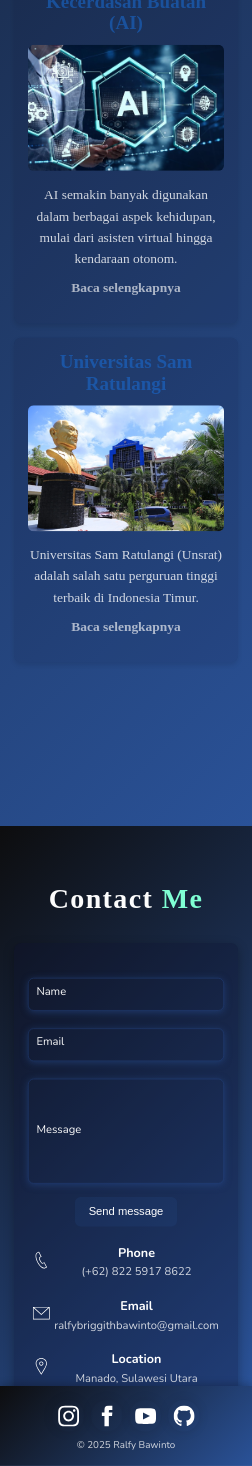
Repository: RalfyBawinto/TIK2032-Project
Page: index.html
The author's editor kept a copy of each file at every save. The page is drawn from the files as they stood at one save, then again after the next save.
The browser window is 360 px wide. The pictures show the part of the page from y = 4260 to 6500 px (the page is 6354 px tall before and 6514 px after), at 70% of full size.
Some web fonts or font styles are not loaded; a fallback is used.

Above is the page before, as saved 2025-03-20 15:30:49.

### index.html
<!DOCTYPE html>
<html lang="en">
  <head>
    <meta charset="UTF-8" />
    <meta name="viewport" content="width=device-width, initial-scale=1.0" />
    <title>Ralfy Portfolio</title>
    <!-- my icon -->
    <link
      rel="shortcut icon"
      href="assets/img/my-logo-nobg-copy.png"
      type="image/x-icon"
    />
    <!-- end my icon -->

    <!-- import css -->
    <link rel="stylesheet" href="assets/css/main.css" />
    <link rel="stylesheet" href="assets/css/responsive.css" />
    <!-- end css -->
  </head>
  <body>
    <!-- header -->
    <header class="main-header">
      <div class="main-container">
        <div class="nav">
          <div class="logo">
            <a href="/index.html">RB</a>
          </div>

          <nav>
            <ul>
              <li><a href="#home">Home</a></li>
              <li><a href="#about">About</a></li>
              <li><a href="#gallery">Gallery</a></li>
              <li><a href="#articles">Articles</a></li>
              <li><a href="#contact">Contact</a></li>
            </ul>
          </nav>

          <div class="burger">
            <div class="line-1"></div>
            <div class="line-2"></div>
            <div class="line-3"></div>
          </div>
        </div>
      </div>
    </header>
    <!-- end header -->

    <!-- hero -->
    <section id="home">
      <div class="home-text">
        <h1>
          Halo Semua 👋, saya <br /><span class="typing-text">Ralfy</span>
        </h1>
        <p>AND IM INFORMATICS ENGINEERING STUDENT</p>
      </div>

      <div class="home-img">
        <div class="img-box">
          <div class="img-item">
            <img src="assets/img/me/pp-removebg-preview.png" alt="me 1" />
          </div>
        </div>
      </div>
    </section>
    <!-- end hero -->

    <!-- about -->
    <section id="about">
      <h2>About <span>Me</span></h2>
      <div>
        <img src="assets/img/me/me-remove-bg-io.png" alt="me 2 " />
        <p>
          Nama saya <strong>Ralfy Briggith Bawinto</strong>, mahasiswa semester
          4 program studi Teknik Informatika di Universitas Sam Ratulangi,
          angkatan 2023. Saya berasal dari Kabupaten Talaud (<i>ana'u taroda</i
          >), Sulawesi Utara. Saya memiliki ketertarikan yang mendalam terhadap
          teknologi, terutama perkembangan dalam bidang Artificial Intelligence
          (AI) dan Cyber Security. Dengan semangat belajar yang tinggi, saya
          berharap dapat menjadi seorang problem solver di dunia pemrograman.
        </p>
      </div>
    </section>
    <!-- end about -->

    <!-- gallery -->
    <section id="gallery">
      <h2>Gallery</h2>
      <div class="gallery-item">
        <img
          src="assets/img/gallery/alan turing.jpeg"
          alt="Alan Turing"
          onclick="showModal('Alan Turing', 'Bapak Ilmu Komputer dan Kecerdasan Buatan. Dia menciptakan Mesin Turing dan memecahkan kode Enigma dalam Perang Dunia II.')"
        />
        <img
          src="assets/img/gallery/grace hooper.webp"
          alt="Grace Hopper"
          onclick="showModal('Grace Hopper', 'Seorang ilmuwan komputer dan laksamana Angkatan Laut AS yang berkontribusi dalam pengembangan COBOL.')"
        />
        <img
          src="assets/img/gallery/Tim-Berners-Lee-.jpg"
          alt="Tim Berners-Lee"
          onclick="showModal('Tim Berners-Lee', 'Penemu World Wide Web yang memungkinkan akses informasi secara global.')"
        />
        <img
          src="assets/img/gallery/Vint Cerf & Bob Kahn.jpg"
          alt="Vint Cerf & Bob Kahn"
          onclick="showModal('Vint Cerf & Bob Kahn', 'Dikenal sebagai Bapak Internet karena mengembangkan protokol TCP/IP.')"
        />
        <img
          src="assets/img/gallery/linustrovalds.jpg"
          alt="Linus Torvalds"
          onclick="showModal('Linus Torvalds', 'Pencipta kernel Linux yang menjadi dasar dari berbagai sistem operasi.')"
        />
        <img
          src="assets/img/gallery/Geoffrey Hinton.jpg"
          alt="Geoffrey Hinton"
          onclick="showModal('Geoffrey Hinton', 'Pelopor dalam deep learning dan jaringan saraf tiruan.')"
        />
      </div>
    </section>
    <!-- end gallery -->

    <!-- articles -->
    <section id="articles">
      <h2>Articles</h2>
      <div class="article-item">
        <article>
          <h3>E-sport</h3>
          <img src="assets/img/articles/e-sport.jpg" alt="E-sport" />
          <p>
            E-sport adalah kompetisi permainan video yang berkembang pesat dan
            menjadi industri besar dengan basis penggemar global. <br />
            <a
              href="https://blog.maukuliah.id/pengertian-e-sport/"
              target="_blank"
              >Baca selengkapnya</a
            >
          </p>
        </article>

        <article>
          <h3>Blockchain</h3>
          <img src="assets/img/articles/blockchain.jpg" alt="Blockchain" />
          <p>
            Blockchain adalah teknologi revolusioner yang digunakan dalam
            cryptocurrency dan berbagai aplikasi lainnya. <br />
            <a
              href="https://bif.telkomuniversity.ac.id/apa-itu-blockchain-mengungkap-teknologi-revolusioner-di-era-digital/"
              target="_blank"
              >Baca selengkapnya</a
            >
          </p>
        </article>

        <article>
          <h3>Cyber Security</h3>
          <img
            src="assets/img/articles/cyber security.jpeg"
            alt="Cyber Security"
          />
          <p>
            Cyber security melindungi sistem, jaringan, dan data dari berbagai
            ancaman digital. <br />
            <a
              href="https://www.dicoding.com/blog/cyber-security-pengertian-jenis-dan-ancamannya/"
              target="_blank"
              >Baca selengkapnya</a
            >
          </p>
        </article>

        <article>
          <h3>Kecerdasan Buatan (AI)</h3>
          <img src="assets/img/articles/ai.png" alt="Artificial Intelligence" />
          <p>
            AI semakin banyak digunakan dalam berbagai aspek kehidupan, mulai
            dari asisten virtual hingga kendaraan otonom. <br />
            <a
              href="https://portalpublikasi.id/2023/05/13/perkembangan-teknologi-kecerdasan-buatan-artificial-intelligence-atau-ai/"
              target="_blank"
              >Baca selengkapnya</a
            >
          </p>
        </article>

        <article>
          <h3>Universitas Sam Ratulangi</h3>
          <img
            src="assets/img/articles/unsrat.jpg"
            alt="Universitas Sam Ratulangi"
          />
          <p>
            Universitas Sam Ratulangi (Unsrat) adalah salah satu perguruan
            tinggi terbaik di Indonesia Timur. <br />
            <a
              href="https://www.unsrat.ac.id/profil-unversitas/"
              target="_blank"
              >Baca selengkapnya</a
            >
          </p>
        </article>
      </div>
    </section>

    <!-- unutk menampilkan deskripsi dari image -->
    <div id="modal" class="modal">
      <div class="modal-content">
        <span class="close" onclick="closeModal()">&times;</span>
        <h3 id="modal-title"></h3>
        <p id="modal-text"></p>
      </div>
    </div>
    <!-- end articles -->

    <!-- contact -->
    <section id="contact">
      <h2>Contact <span>Me</span></h2>
      <div class="contact main-container">
        <div class="contact-left"></div>
        <form
          class="contact-form"
          action="https://formspree.io/f/meoajpkz"
          method="POST"
        >
          <div class="input-wrapper">
            <input type="text" name="name" id="name" placeholder=" " required />
            <label for="name">Name</label>
          </div>

          <div class="input-wrapper">
            <input
              type="email"
              name="email"
              id="email"
              placeholder=" "
              required
            />
            <label for="email">Email</label>
          </div>

          <div class="input-wrapper">
            <textarea
              name="message"
              id="message"
              placeholder=" "
              required
            ></textarea>
            <label for="message">Message</label>
          </div>

          <div>
            <button class="btn-submit">Send message</button>
          </div>
        </form>

        <div class="contact-right">
          <div class="contact-item">
            <div class="contact-item-icon">
              <svg
                width="24"
                height="24"
                xmlns="http://www.w3.org/2000/svg"
                fill-rule="evenodd"
                clip-rule="evenodd"
              >
                <path
                  d="M8.26 1.289l-1.564.772c-5.793 3.02 2.798 20.944 9.31 20.944.46 0 .904-.094 1.317-.284l1.542-.755-2.898-5.594-1.54.754c-.181.087-.384.134-.597.134-2.561 0-6.841-8.204-4.241-9.596l1.546-.763-2.875-5.612zm7.746 22.711c-5.68 0-12.221-11.114-12.221-17.832 0-2.419.833-4.146 2.457-4.992l2.382-1.176 3.857 7.347-2.437 1.201c-1.439.772 2.409 8.424 3.956 7.68l2.399-1.179 3.816 7.36s-2.36 1.162-2.476 1.215c-.547.251-1.129.376-1.733.376"
                />
              </svg>
            </div>
            <div class="contact-item-text">
              <h4>Phone</h4>
              <p>(+62) 822 5917 8622</p>
            </div>
          </div>

          <div class="contact-item">
            <div class="contact-item-icon">
              <svg
                width="24"
                height="24"
                xmlns="http://www.w3.org/2000/svg"
                fill-rule="evenodd"
                clip-rule="evenodd"
              >
                <path
                  d="M24 21h-24v-18h24v18zm-23-16.477v15.477h22v-15.477l-10.999 10-11.001-10zm21.089-.523h-20.176l10.088 9.171 10.088-9.171z"
                />
              </svg>
            </div>
            <div class="contact-item-text">
              <h4>Email</h4>
              <p>ralfybriggithbawinto@gmail.com</p>
            </div>
          </div>

          <div class="contact-item">
            <div class="contact-item-icon">
              <svg
                width="24"
                height="24"
                xmlns="http://www.w3.org/2000/svg"
                fill-rule="evenodd"
                clip-rule="evenodd"
              >
                <path
                  d="M12 10c-1.104 0-2-.896-2-2s.896-2 2-2 2 .896 2 2-.896 2-2 2m0-5c-1.657 0-3 1.343-3 3s1.343 3 3 3 3-1.343 3-3-1.343-3-3-3m-7 2.602c0-3.517 3.271-6.602 7-6.602s7 3.085 7 6.602c0 3.455-2.563 7.543-7 14.527-4.489-7.073-7-11.072-7-14.527m7-7.602c-4.198 0-8 3.403-8 7.602 0 4.198 3.469 9.21 8 16.398 4.531-7.188 8-12.2 8-16.398 0-4.199-3.801-7.602-8-7.602"
                />
              </svg>
            </div>
            <div class="contact-item-text">
              <h4>Location</h4>
              <p>Manado, Sulawesi Utara</p>
            </div>
          </div>
        </div>
      </div>
    </section>
    <!-- end contact -->

    <!-- footer -->
    <footer>
      <div class="footer-icons">
        <a href="https://www.instagram.com/briggithbawinto_" target="_blank">
          <svg
            xmlns="http://www.w3.org/2000/svg"
            width="24"
            height="24"
            viewBox="0 0 24 24"
          >
            <path
              d="M12 2.163c3.204 0 3.584.012 4.85.07 3.252.148 4.771 1.691 4.919 4.919.058 1.265.069 1.645.069 4.849 0 3.205-.012 3.584-.069 4.849-.149 3.225-1.664 4.771-4.919 4.919-1.266.058-1.644.07-4.85.07-3.204 0-3.584-.012-4.849-.07-3.26-.149-4.771-1.699-4.919-4.92-.058-1.265-.07-1.644-.07-4.849 0-3.204.013-3.583.07-4.849.149-3.227 1.664-4.771 4.919-4.919 1.266-.057 1.645-.069 4.849-.069zm0-2.163c-3.259 0-3.667.014-4.947.072-4.358.2-6.78 2.618-6.98 6.98-.059 1.281-.073 1.689-.073 4.948 0 3.259.014 3.668.072 4.948.2 4.358 2.618 6.78 6.98 6.98 1.281.058 1.689.072 4.948.072 3.259 0 3.668-.014 4.948-.072 4.354-.2 6.782-2.618 6.979-6.98.059-1.28.073-1.689.073-4.948 0-3.259-.014-3.667-.072-4.947-.196-4.354-2.617-6.78-6.979-6.98-1.281-.059-1.69-.073-4.949-.073zm0 5.838c-3.403 0-6.162 2.759-6.162 6.162s2.759 6.163 6.162 6.163 6.162-2.759 6.162-6.163c0-3.403-2.759-6.162-6.162-6.162zm0 10.162c-2.209 0-4-1.79-4-4 0-2.209 1.791-4 4-4s4 1.791 4 4c0 2.21-1.791 4-4 4zm6.406-11.845c-.796 0-1.441.645-1.441 1.44s.645 1.44 1.441 1.44c.795 0 1.439-.645 1.439-1.44s-.644-1.44-1.439-1.44z"
            />
          </svg>
        </a>
        <a href="https://www.facebook.com/BawintoRalfy" target="_blank">
          <svg
            xmlns="http://www.w3.org/2000/svg"
            width="24"
            height="24"
            viewBox="0 0 24 24"
          >
            <path
              d="M9 8h-3v4h3v12h5v-12h3.642l.358-4h-4v-1.667c0-.955.192-1.333 1.115-1.333h2.885v-5h-3.808c-3.596 0-5.192 1.583-5.192 4.615v3.385z"
            />
          </svg>
        </a>
        <a href="https://www.youtube.com/@briggithbawinto9594" target="_blank">
          <svg
            xmlns="http://www.w3.org/2000/svg"
            width="24"
            height="24"
            viewBox="0 0 24 24"
          >
            <path
              d="M19.615 3.184c-3.604-.246-11.631-.245-15.23 0-3.897.266-4.356 2.62-4.385 8.816.029 6.185.484 8.549 4.385 8.816 3.6.245 11.626.246 15.23 0 3.897-.266 4.356-2.62 4.385-8.816-.029-6.185-.484-8.549-4.385-8.816zm-10.615 12.816v-8l8 3.993-8 4.007z"
            />
          </svg>
        </a>
        <a href="https://www.github.com/RalfyBawinto" target="_blank">
          <svg
            xmlns="http://www.w3.org/2000/svg"
            width="24"
            height="24"
            viewBox="0 0 24 24"
          >
            <path
              d="M12 0c-6.626 0-12 5.373-12 12 0 5.302 3.438 9.8 8.207 11.387.599.111.793-.261.793-.577v-2.234c-3.338.726-4.033-1.416-4.033-1.416-.546-1.387-1.333-1.756-1.333-1.756-1.089-.745.083-.729.083-.729 1.205.084 1.839 1.237 1.839 1.237 1.07 1.834 2.807 1.304 3.492.997.107-.775.418-1.305.762-1.604-2.665-.305-5.467-1.334-5.467-5.931 0-1.311.469-2.381 1.236-3.221-.124-.303-.535-1.524.117-3.176 0 0 1.008-.322 3.301 1.23.957-.266 1.983-.399 3.003-.404 1.02.005 2.047.138 3.006.404 2.291-1.552 3.297-1.23 3.297-1.23.653 1.653.242 2.874.118 3.176.77.84 1.235 1.911 1.235 3.221 0 4.609-2.807 5.624-5.479 5.921.43.372.823 1.102.823 2.222v3.293c0 .319.192.694.801.576 4.765-1.589 8.199-6.086 8.199-11.386 0-6.627-5.373-12-12-12z"
            />
          </svg>
        </a>
      </div>
      <p>&copy; 2025 Ralfy Bawinto</p>
    </footer>
    <!-- end footer -->

    <!-- import script -->
    <script src="assets/js/brain.js"></script>
    <!-- end script -->
  </body>
</html>

### assets/css/responsive.css
/* Sembunyikan menu saat layar kecil */
@media screen and (max-width: 768px) {
  #home {
    display: flex;
    flex-direction: column-reverse; /* Memindahkan gambar ke atas, teks ke bawah */
    align-items: center;
    text-align: center;
    gap: 10px;
  }

  .home-text {
    width: 90%;
    padding: 10px;
  }

  .home-img {
    display: flex;
    justify-content: center;
    align-items: center;
    width: 100%;
  }

  .home-img .img-box {
    width: 200px; /* Ukuran gambar lebih besar */
    height: 200px;
  }

  .home-text h1 {
    font-size: 2rem;
  }

  .typing-text {
    font-size: 5rem;
  }

  .home-text p {
    font-size: 1rem;
  }

  .main-header nav ul {
    display: none;
    flex-direction: column;
    position: absolute;
    top: 60px; /* Di bawah header */
    left: 0;
    width: 100%;
    background: rgba(0, 0, 0, 0.3);
    padding: 20px 0;
    text-align: center;
  }

  .main-header nav ul li {
    padding: 10px 0;
  }

  #articles {
    height: 170vh;
  }

  #contact {
    height: 110vh;
  }

  .contact {
    flex-direction: column;
    padding: 20px;
  }

  /* Menu muncul ketika burger diklik */
  .nav ul.active {
    display: flex;
  }

  /* Tampilkan burger di layar kecil */
  .burger {
    display: flex;
  }

  /* Penyesuaian tampilan teks dan gambar */
  .home-text {
    flex-direction: column;
    text-align: center;
  }
}

@media screen and (max-width: 480px) {
  #home {
    display: flex;
    flex-direction: column-reverse;
    align-items: center;
    text-align: center;
    gap: 10px; /* Mengurangi jarak antara gambar dan teks */
  }

  .home-img {
    display: flex;
    justify-content: center;
    align-items: center;
    width: 100%;
    margin-bottom: 20px; /* Mengurangi jarak bawah gambar */
  }

  .home-img .img-box {
    width: 170px;
    height: 170px;
  }

  .home-text {
    width: 90%;
    padding: 10px;
    margin-top: -10px; /* Mengurangi jarak atas teks */
  }

  .home-text h1 {
    font-size: 1.3rem;
  }

  .typing-text {
    font-size: 2.5rem;
  }

  .home-text p {
    font-size: 0.8rem;
  }

  #articles {
    height: 260vh;
  }

  #contact {
    height: 110vh;
  }
}

/* @media screen and (max-width: 417px) {
    #about,
    #gallery {
      height: 100vh;
    }

    #articles {
      height: 260vh;
    }

    #contact {
      height: 110vh;
    }

    .home-text {
      height: 80vh;
      padding: 20px;
    }

    .home-text-name {
      font-size: 24px;
    }
  } */

@media screen and (max-width: 360px) {
  .home-img .img-box {
    width: 140px;
    height: 140px;
    position: center;
  }

  .home-text {
    padding: 10px;
  }

  .home-text h1 {
    font-size: 1.1rem;
  }

  .typing-text {
    /* font-size: 1.5rem; */
    padding: 10px;
  }

  .home-text p {
    font-size: 0.8rem;
  }

  #about {
    height: 130vh;
  }

  #gallery {
    height: 100vh;
  }

  #articles {
    height: 350vh;
  }

  #contact {
    height: 100vh;
  }

  .img-box {
    width: 120px;
    height: 120px;
  }
}

@media screen and (max-width: 320px) {
  #home {
    background-size: cover;
    background-position: center;
    height: 100vh;
  }

  .home-img {
    margin-bottom: 10px; /* Mengurangi jarak bawah gambar */
  }

  .home-img .img-box {
    width: 120px;
    height: 120px;
  }

  .home-text {
    padding: 10px;
    margin-top: -10px; /* Mengurangi jarak antara teks dan gambar */
  }

  .home-text h1 {
    font-size: 1rem;
  }

  /* .typing-text {
    font-size: 1.3rem;
  } */

  .home-text p {
    font-size: 0.75rem;
  }

  #about {
    height: 120vh;
  }

  #gallery {
    height: 110vh;
  }

  /* #articles {
    height: 300vh;
  } */

  #contact {
    height: 100vh;
  }
}

Loaded but not shown: assets/js/brain.js (61 lines, source omitted); assets/css/main.css (857 lines, source omitted)

After the next save:
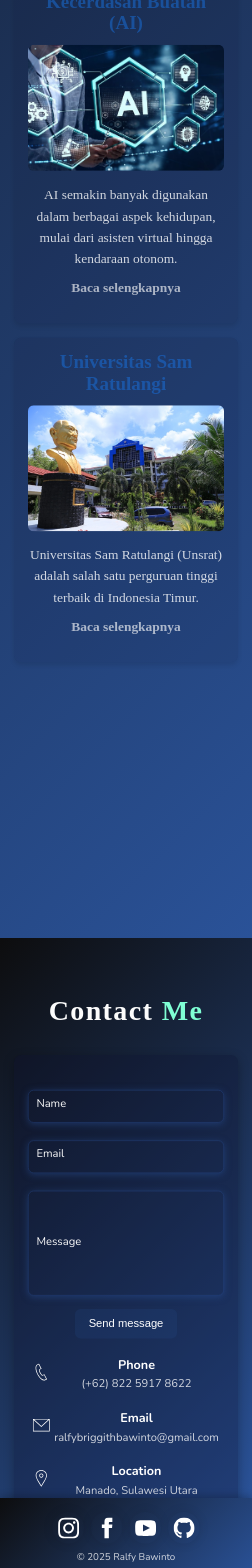
Saved 28 s later.
--- a/assets/css/responsive.css
+++ b/assets/css/responsive.css
@@ -189,7 +189,7 @@
   }
 
   #articles {
-    height: 350vh;
+    height: 370vh;
   }
 
   #contact {
